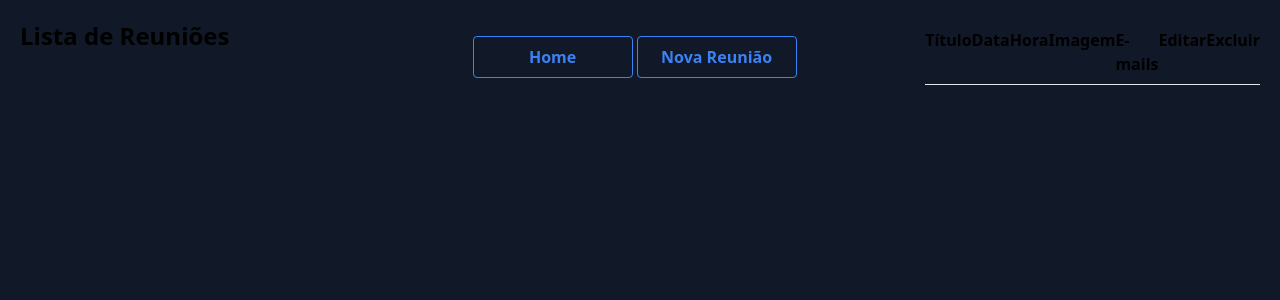
Repository: TamiBeira/meeting
Page: /meetings
An editor plug-in stored every save of this project. The page is shown before and after the next save, followed by the edit.
The browser window is 1280 px wide. The pictures show the whole page.
The project was rebuilt for these pictures with package versions that can differ from the ones it lists, and the page was loaded fresh each time. Also part of the build but not shown: vite.config.ts, src/contexts/FormContext.tsx, src/components/Form.tsx, src/components/HomePage.tsx.

Above is the page before, as saved 2024-02-27 00:16:18.

After the next save:
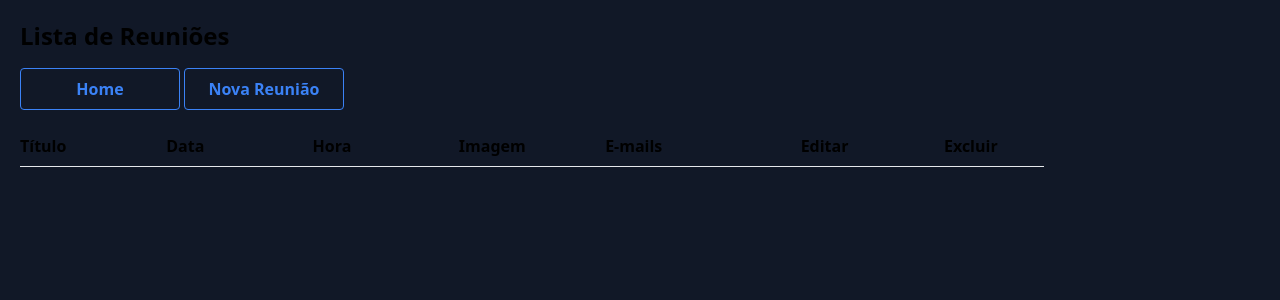
Saved 27 s later.
--- a/src/components/MeetingsView.tsx
+++ b/src/components/MeetingsView.tsx
@@ -28,14 +28,14 @@ export const MeetingsView: React.FC = () => {
   };
 
   return (
-    <div className="mx-auto bg-gray-900 w-full h-screen p-5 flex justify-center">
-      <h2 className="text-2xl font-bold mb-4 w-full">Lista de Reuniões</h2>
-      <div className="mt-4 mb-4 w-full">
+    <div className="mx-auto bg-gray-900 w-full h-screen p-5 flex-col">
+      <h2 className="text-2xl font-bold mb-4">Lista de Reuniões</h2>
+      <div className="mt-4 mb-4">
         <Link to="/" className="w-40 mr-1 inline-block text-center border border-solid border-blue-500 text-blue-500 font-bold px-4 py-2 rounded">Home</Link>
         <Link to="/form" className="w-40 inline-block text-center border border-solid border-blue-500 text-blue-500 font-bold mr-2 px-4 py-2 rounded">Nova Reunião</Link>
       </div>
       <ul>
-        <li className="border-b border-gray-200 py-2 flex sm:flex-row font-semibold  w-full">
+        <li className="border-b border-gray-200 py-2 flex sm:flex-row font-semibold max-w-5xl">
           <div className="w-1/5">Título</div>
           <div className="w-1/5">Data</div>
           <div className="w-1/5">Hora</div>
